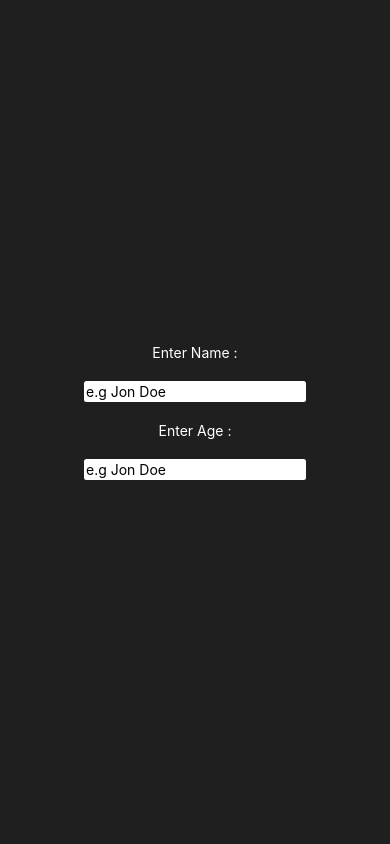
Repository: PrakharGupta36/TodoApp-React-Native
Screen: /
An editor plug-in stored every save of this project. The screen is shown before and after the next save, followed by the edit.
The app was drawn by React Native's web renderer in a window 390 px wide. The project was rebuilt for these pictures with package versions that can differ from the ones it lists, and the page was loaded fresh each time.

Above is the screen before, as saved 2022-03-16 01:12:44.

### App.js
import {
  StyleSheet,
  Text,
  View,
  StatusBar,
  Button,
  TextInput,
} from "react-native";
import { React, useState, useEffect } from "react";

export default function App() {
  const [name, setName] = useState("shaun");
  const [age, setAge] = useState(40);

  return (
    <View style={styles.container}>
      <Text style={styles.text}> Enter Name : </Text>
      <View style={styles.buttonContainer}>
        <TextInput
          style={styles.input}
          placeholder='e.g Jon Doe'
          onChangeText={(e) => {
            setName(e);
          }}
        />
      </View>
      <Text style={styles.text}> Enter Age : </Text>
      <View style={styles.buttonContainer}>
        <TextInput
          style={styles.input}
          placeholder='e.g Jon Doe'
          onChangeText={(e) => {
            setName(e);
          }}
        />
      </View>
      <StatusBar style='auto' />
    </View>
  );
}

const styles = StyleSheet.create({
  container: {
    flex: 1,
    backgroundColor: "#fff",
    alignItems: "center",
    justifyContent: "center",
    backgroundColor: "#1f1f1f",
  },
  text: {
    color: "white",
  },
  buttonContainer: {
    margin: 20,
  },
  input: {
    backgroundColor: "white",
    borderRadius: 2.5,
    padding: 2,
    color: "black",
  },
});

After the next save:
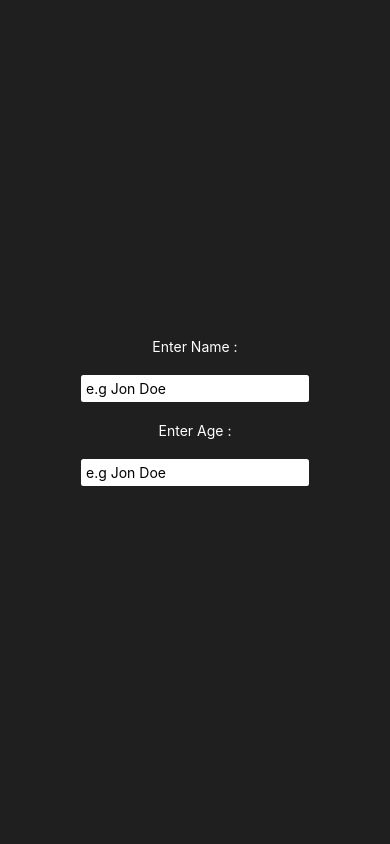
Saved 4 s later.
--- a/App.js
+++ b/App.js
@@ -56,7 +56,7 @@
   input: {
     backgroundColor: "white",
     borderRadius: 2.5,
-    padding: 2,
+    padding: 5,
     color: "black",
   },
 });
